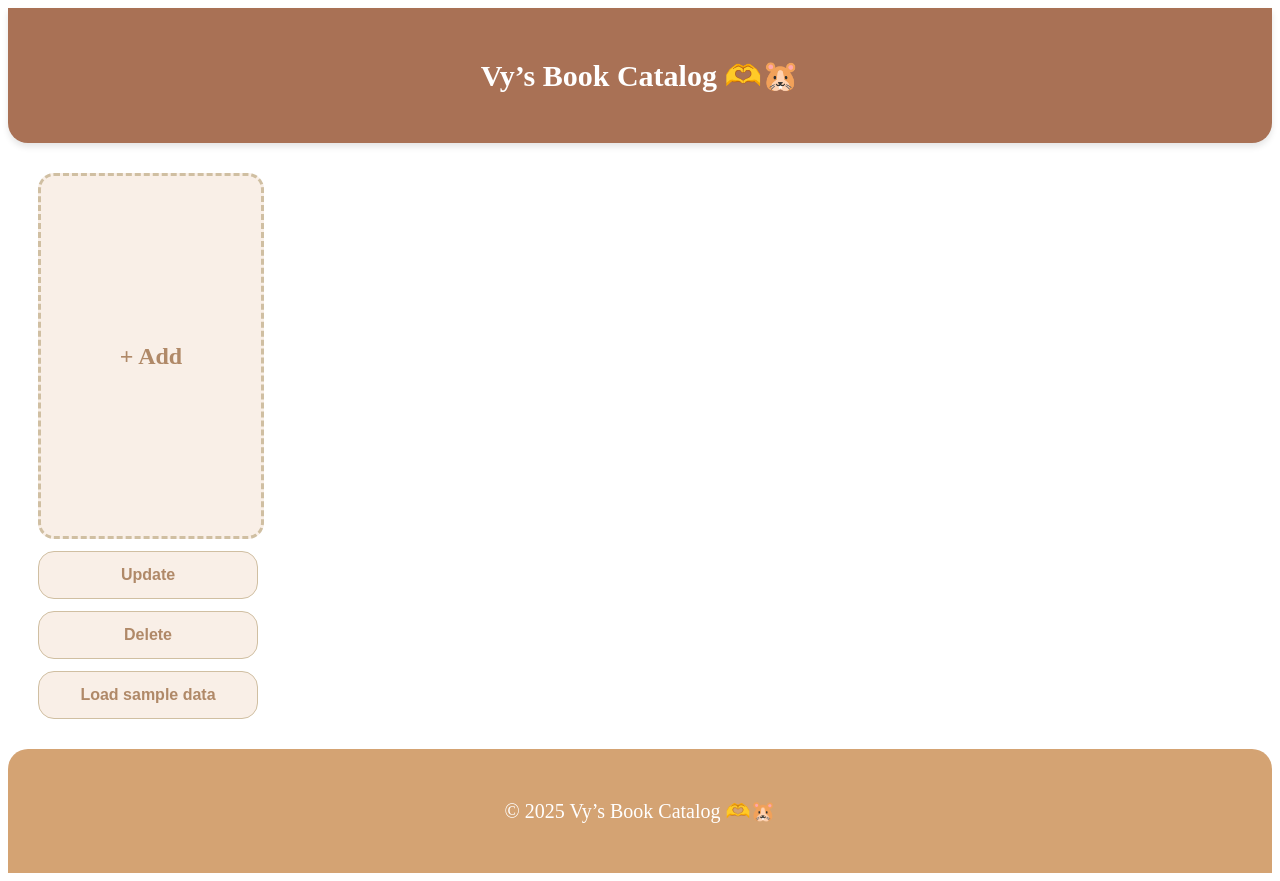
Repository: CucVyTrinh/book-catalog-v6
Page: /
These files come from the project's save history. The page is drawn as it stood at one moment and after the next save; the edit follows.
The browser window is 1280 px wide. The pictures show the whole page.
The project was rebuilt for these pictures with package versions that can differ from the ones it lists, and the page was loaded fresh each time. Also part of the build but not shown: vite.config.js, src/index.css, src/components/Book.jsx, src/components/AddBookModal.jsx.

Above is the page before, as saved 2025-10-26 20:49:23.

### index.html
<!doctype html>
<html lang="en">
  <head>
    <meta charset="UTF-8" />
    <link rel="icon" type="image/svg+xml" href="/vite.svg" />
    <meta name="viewport" content="width=device-width, initial-scale=1.0" />
    <title>book-catalog-v4</title>
  </head>
  <body>
    <div id="root"></div>
    <script type="module" src="/src/main.jsx"></script>
  </body>
</html>

### src/App.jsx
// src/App.jsx
import React, { useState } from "react";
import "./App.css";
import bookSeed from "./data/books.json";

import Header from "./components/Header";
import Footer from "./components/Footer";
import LeftColumn from "./components/LeftColumn";
import BooksGrid from "./components/BooksGrid";
import AddBookModal from "./components/AddBookModal";

export default function App() {
  // 👉 Start EMPTY to satisfy “no books initially”
  const [books, setBooks] = useState([]);
  const [showModal, setShowModal] = useState(false);
  const [form, setForm] = useState({
    title: "",
    author: "",
    image: "https://via.placeholder.com/150",
    url: "#",
    price: "$0.00",
  });

  const handleSelect = (clickedBook) => {
    setBooks((prev) =>
      prev.map((b) =>
        b.title === clickedBook.title
          ? { ...b, selected: !b.selected }
          : { ...b, selected: false }
      )
    );
  };

  const handleDelete = () => {
    setBooks((prev) => prev.filter((b) => !b.selected));
  };

  const handleAddBook = (e) => {
    e.preventDefault();
    setBooks((prev) => [...prev, { ...form, selected: false }]);
    setForm({
      title: "",
      author: "",
      image: "https://via.placeholder.com/150",
      url: "#",
      price: "$0.00",
    });
    setShowModal(false);
  };

  const handleUpdate = () => {
    alert("Update button clicked (no-op)");
  };

  // Optional: load from books.json (keeps data file, but not shown until you click)
  const handleLoadSample = () => {
    setBooks(bookSeed.map((b) => ({ ...b, selected: false })));
  };

  return (
    <div style={{ display: "flex", flexDirection: "column", minHeight: "100vh" }}>
      <Header title="Vy’s Book Catalog 🫶🐹" />
      <main style={{ flex: 1, padding: "30px" }}>
        <div style={{ display: "grid", gridTemplateColumns: "250px 1fr", gap: "12px" }}>
          <LeftColumn
            onOpenAdd={() => setShowModal(true)}
            onUpdate={handleUpdate}
            onDelete={handleDelete}
            onLoadSample={handleLoadSample} // remove this prop if you don’t want the button
          />
          <BooksGrid books={books} onSelect={handleSelect} />
        </div>
      </main>
      <Footer />

      <AddBookModal
        open={showModal}
        form={form}
        setForm={setForm}
        onClose={() => setShowModal(false)}
        onSubmit={handleAddBook}
      />
    </div>
  );
}

### src/App.css
/* ===== Books Grid ===== */
.books-grid {
    display: grid;
    grid-template-columns: repeat(auto-fit, minmax(250px, 1fr));
    gap: 12px;
    justify-items: center;
    align-items: start;
}

/* ===== Add Button ===== */
.add-button {
    display: flex;
    justify-content: center;
    align-items: center;
    border: 3px dashed #d0bfa2;
    background: #f9efe7;
    color: #b08968;
    font-size: 24px;
    font-weight: bold;
    height: 360px;
    width: 220px;
    /* match book card width */
    border-radius: 16px;
    cursor: pointer;
    transition: transform 0.2s ease, background 0.2s ease;
}

.add-button:hover {
    transform: scale(1.05);
    background: #f0e3d9;
}

/* ===== Left Column Buttons ===== */
.left-column {
    display: flex;
    flex-direction: column;
    gap: 12px;
    /* spacing between buttons */
}

.left-column button {
    width: 220px;
    /* match Add button width */
    padding: 14px 0;
    font-size: 16px;
    font-weight: bold;
    border-radius: 16px;
    border: 1px solid #d0bfa2;
    background: #f9efe7;
    color: #b08968;
    cursor: pointer;
    transition: all 0.2s ease;
}

.left-column button:hover {
    background: #f0e3d9;
    color: #a46d4a;
    border-color: #b08968;
}

/* ===== Modal Overlay ===== */
.modal-overlay {
    position: fixed;
    top: 0;
    left: 0;
    right: 0;
    bottom: 0;
    background: rgba(0, 0, 0, 0.5);
    display: flex;
    justify-content: center;
    align-items: center;
    z-index: 100;
    padding: 20px;
}

/* ===== Modal Form ===== */
.modal-form {
    background: #fff;
    padding: 40px;
    border-radius: 20px;
    display: flex;
    flex-direction: column;
    gap: 18px;
    min-width: 450px;
    max-width: 90vw;
    box-shadow: 0 8px 20px rgba(0, 0, 0, 0.3);
}

.modal-form h2 {
    text-align: center;
    font-size: 28px;
    margin-bottom: 16px;
}

.modal-form input {
    padding: 12px;
    font-size: 16px;
    border-radius: 8px;
    border: 1px solid #ccc;
}

.modal-form button {
    padding: 12px;
    font-size: 18px;
    font-weight: bold;
    border-radius: 10px;
    border: none;
    background-color: #d68d5c;
    color: white;
    cursor: pointer;
    transition: all 0.2s ease;
}

.modal-form button:hover {
    background-color: #edc3a5;
}

/* ===== Book Card ===== */
.book-card {
    width: 220px;
    height: 360px;
    border-radius: 16px;
    padding: 16px;
    display: flex;
    flex-direction: column;
    justify-content: space-between;
    align-items: center;
    background: #fdf6f0;
    box-shadow: 0 4px 8px rgba(0, 0, 0, 0.08);
    position: relative;
    cursor: pointer;
    transition: all 0.2s ease;
}

.book-card.selected {
    background: #ffe0b3;
    box-shadow: 0 0 0 3px #b08968;
}

.book-card img {
    max-width: 100%;
    max-height: 140px;
    object-fit: contain;
}

.book-card h3 {
    font-size: 15px;
    font-weight: bold;
    text-align: center;
}

.book-card p {
    font-size: 13px;
    color: #8b6f47;
}

.book-card a {
    font-size: 13px;
    background: #b08968;
    color: white;
    padding: 6px 10px;
    border-radius: 8px;
    text-decoration: none;
}

.book-card button.remove-btn {
    position: absolute;
    top: 8px;
    right: 8px;
    background: #e74c3c;
    color: white;
    border: none;
    border-radius: 50%;
    width: 24px;
    height: 24px;
    cursor: pointer;
}

### src/data/books.json
[
    {
      "title": "Effective JavaScript",
      "subtitle": "68 Specific Ways to Harness the Power of JavaScript",
      "isbn13": "9780321812186",
      "price": "$21.99",
      "image": "https://itbook.store/img/books/9780321812186.png",
      "url": "https://itbook.store/books/9780321812186",
      "selected": false
    },
    {
      "title": "Beginning JavaScript, 3nd Edition",
      "subtitle": "The Ultimate Guide to Modern JavaScript Development",
      "isbn13": "9781484243947",
      "price": "$19.02",
      "image": "https://itbook.store/img/books/9781484243947.png",
      "url": "https://itbook.store/books/9781484243947",
      "selected": false
    },
    {
      "title": "Learn Enough JavaScript to Be Dangerous",
      "subtitle": "Write Programs, Publish Packages, and Develop Interactive Websites with JavaScript",
      "isbn13": "9780137843749",
      "price": "$31.98",
      "image": "https://itbook.store/img/books/9780137843749.png",
      "url": "https://itbook.store/books/9780137843749",
      "selected": false
    },
    {
      "title": "Test-Driven JavaScript Development",
      "subtitle": "",
      "isbn13": "9780321683915",
      "price": "$10.29",
      "image": "https://itbook.store/img/books/9780321683915.png",
      "url": "https://itbook.store/books/9780321683915",
      "selected": false
    },
    {
      "title": "Learning JavaScript",
      "subtitle": "A Hands-On Guide to the Fundamentals of Modern JavaScript",
      "isbn13": "9780321832740",
      "price": "$8.99",
      "image": "https://itbook.store/img/books/9780321832740.png",
      "url": "https://itbook.store/books/9780321832740",
      "selected": false
    },
    {
      "title": "jQuery and JavaScript Phrasebook",
      "subtitle": "",
      "isbn13": "9780321918963",
      "price": "$14.48",
      "image": "https://itbook.store/img/books/9780321918963.png",
      "url": "https://itbook.store/books/9780321918963",
      "selected": false
    },
    {
      "title": "JavaScript: The Good Parts",
      "subtitle": "Unearthing the Excellence in JavaScript",
      "isbn13": "9780596517748",
      "price": "$4.37",
      "image": "https://itbook.store/img/books/9780596517748.png",
      "url": "https://itbook.store/books/9780596517748",
      "selected": false
    },
    {
      "title": "Head First JavaScript",
      "subtitle": "A Learner's Companion to JavaScript",
      "isbn13": "9780596527747",
      "price": "$7.72",
      "image": "https://itbook.store/img/books/9780596527747.png",
      "url": "https://itbook.store/books/9780596527747",
      "selected": false
    },
    {
      "title": "High Performance JavaScript",
      "subtitle": "Build Faster Web Application Interfaces",
      "isbn13": "9780596802790",
      "price": "$19.59",
      "image": "https://itbook.store/img/books/9780596802790.png",
      "url": "https://itbook.store/books/9780596802790",
      "selected": false
    },
    {
      "title": "Building iPhone Apps with HTML, CSS, and JavaScript",
      "subtitle": "Making App Store Apps Without Objective-C or Cocoa",
      "isbn13": "9780596805784",
      "price": "$5.00",
      "image": "https://itbook.store/img/books/9780596805784.png",
      "url": "https://itbook.store/books/9780596805784",
      "selected": false
    }

  ]

### src/components/Header.jsx
// src/components/Header.jsx
import React from "react";

export default function Header({ title }) {
  return (
    <header
      style={{
        padding: "50px",
        background: "#a97155",
        color: "white",
        textAlign: "center",
        borderBottomLeftRadius: "20px",
        borderBottomRightRadius: "20px",
        boxShadow: "0 4px 6px rgba(0,0,0,0.1)",
      }}
    >
      <h1 style={{ margin: 0, fontSize: "30px" }}>{title}</h1>
    </header>
  );
}

### src/components/Footer.jsx
// src/components/Footer.jsx
import React from "react";

export default function Footer() {
  return (
    <footer
      style={{
        textAlign: "center",
        padding: "50px",
        fontSize: "20px",
        background: "#d4a373",
        color: "#fff",
        borderTopLeftRadius: "20px",
        borderTopRightRadius: "20px",
        marginTop: "auto",
      }}
    >
      © {new Date().getFullYear()} Vy’s Book Catalog 🫶🐹
    </footer>
  );
}

### src/components/LeftColumn.jsx
// src/components/LeftColumn.jsx
import React from "react";

export default function LeftColumn({ onOpenAdd, onUpdate, onDelete, onLoadSample }) {
  return (
    <div className="left-column" style={{ display: "flex", flexDirection: "column", gap: "12px" }}>
      <div className="add-button" onClick={onOpenAdd}>+ Add</div>
      <button onClick={onUpdate}>Update</button>
      <button onClick={onDelete}>Delete</button>
      {/* Optional helper to load books.json into state */}
      {onLoadSample && <button onClick={onLoadSample}>Load sample data</button>}
    </div>
  );
}

### src/components/BooksGrid.jsx
// src/components/BooksGrid.jsx
import React from "react";
import Book from "./Book";

export default function BooksGrid({ books, onSelect }) {
  return (
    <div className="books-grid" style={{ display: "flex", flexWrap: "wrap", gap: "12px" }}>
      {books.map((book) => (
        <Book key={book.title} book={book} onSelect={onSelect} />
      ))}
    </div>
  );
}

Loaded but not shown: src/main.jsx (common file)

After the next save:
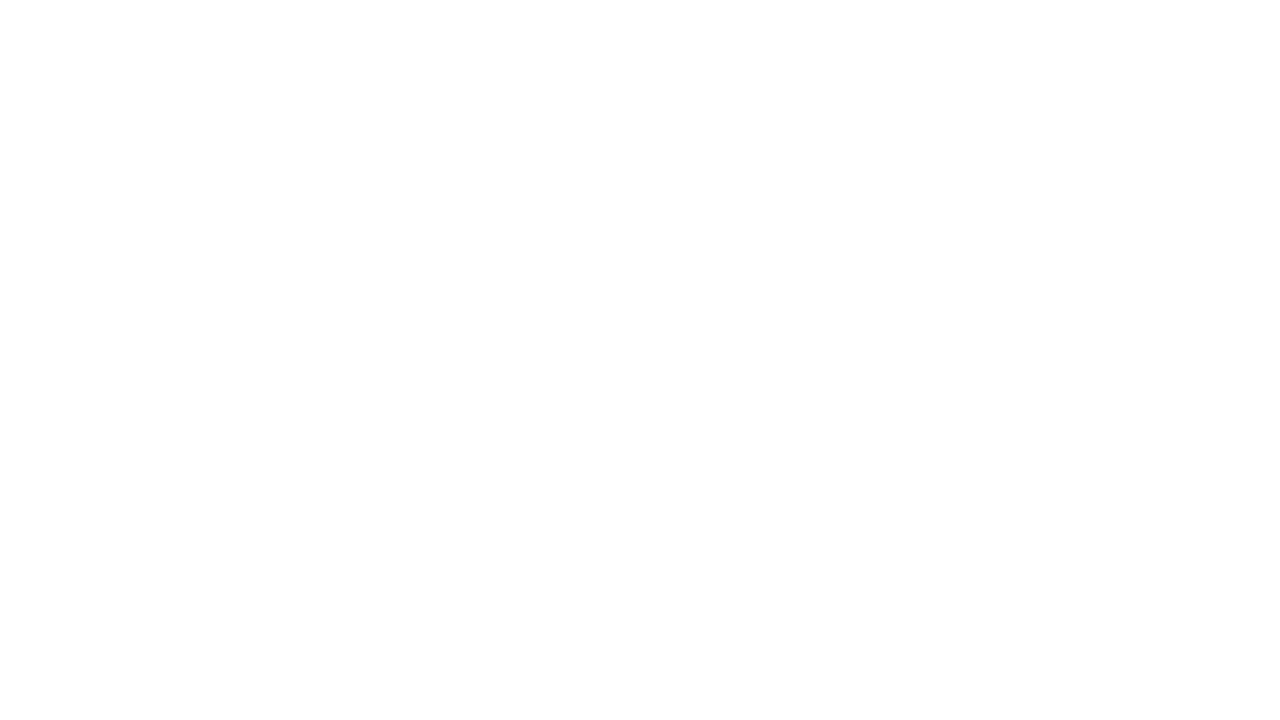
Console error: ReferenceError: handleLoadSample is not defined
Saved 4 min 22 s later.
--- a/src/App.jsx
+++ b/src/App.jsx
@@ -52,10 +52,6 @@
     alert("Update button clicked (no-op)");
   };
 
-  // Optional: load from books.json (keeps data file, but not shown until you click)
-  const handleLoadSample = () => {
-    setBooks(bookSeed.map((b) => ({ ...b, selected: false })));
-  };
 
   return (
     <div style={{ display: "flex", flexDirection: "column", minHeight: "100vh" }}>

After the save that followed:
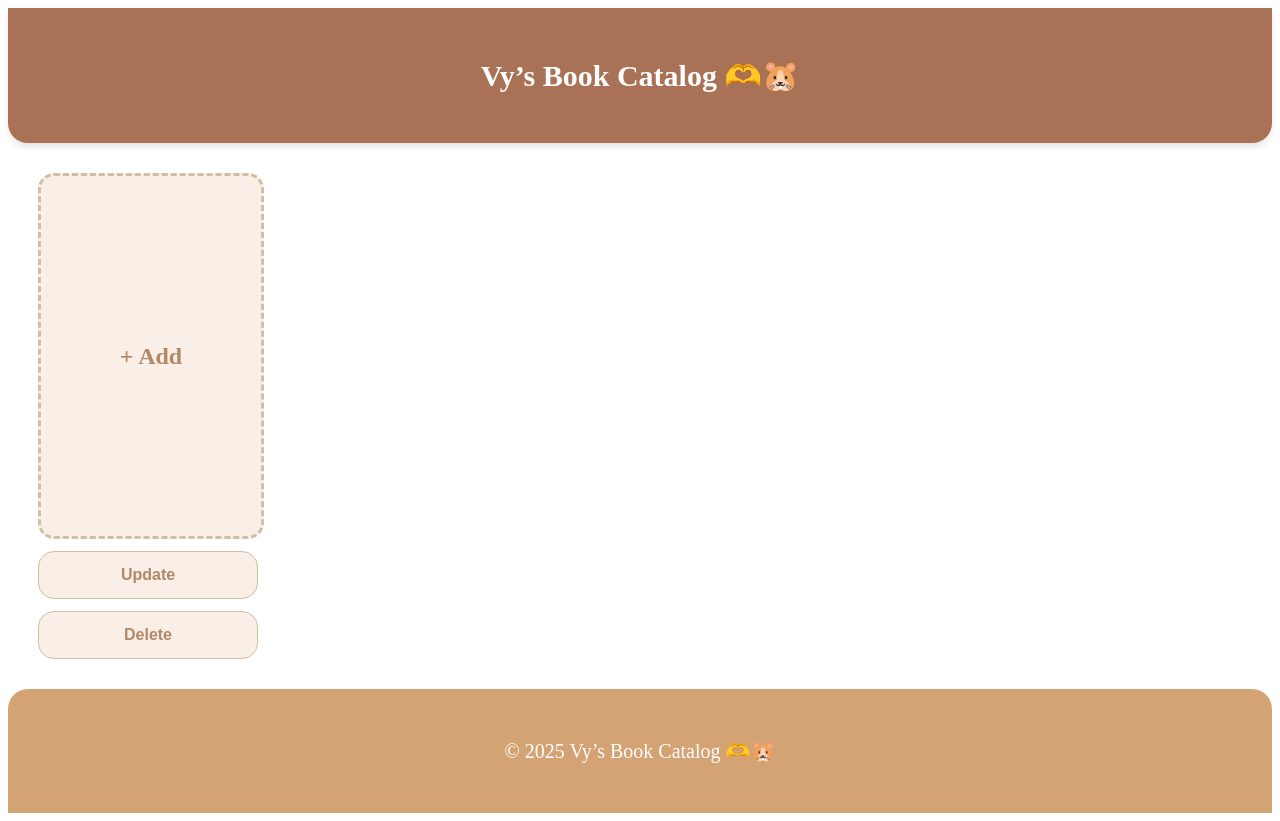
The error is gone.
Saved 43 s later.
--- a/src/App.jsx
+++ b/src/App.jsx
@@ -59,11 +59,10 @@
       <main style={{ flex: 1, padding: "30px" }}>
         <div style={{ display: "grid", gridTemplateColumns: "250px 1fr", gap: "12px" }}>
           <LeftColumn
-            onOpenAdd={() => setShowModal(true)}
-            onUpdate={handleUpdate}
-            onDelete={handleDelete}
-            onLoadSample={handleLoadSample} // remove this prop if you don’t want the button
-          />
+  onOpenAdd={() => setShowModal(true)}
+  onUpdate={handleUpdate}
+  onDelete={handleDelete}
+/>
           <BooksGrid books={books} onSelect={handleSelect} />
         </div>
       </main>
